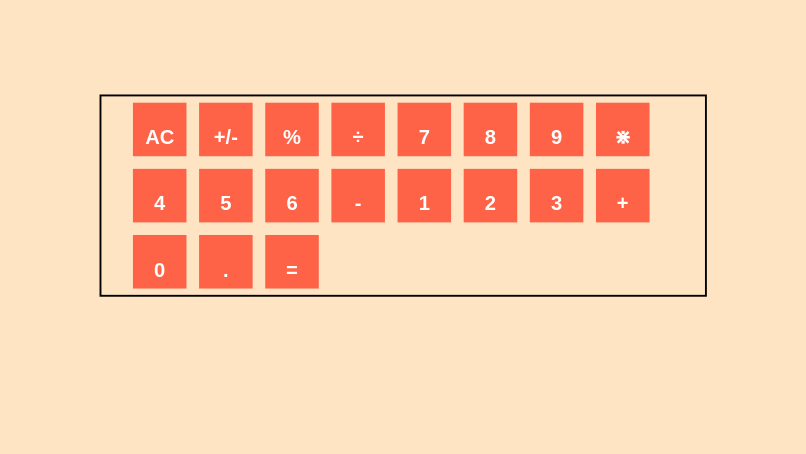
Repository: noahcallen/LAB-calculator
Page: index.html
An editor plug-in stored every save of this project. The page is shown before and after the next save, followed by the edit.
The browser window is 1280 px wide. The pictures show the whole page, at 63% of full size.

Above is the page before, as saved 2024-07-09 22:21:36.

### index.html
<!DOCTYPE html>
<html lang="en">
<head>
  <meta charset="UTF-8">
  <meta name="viewport" content="width=device-width, initial-scale=1.0">
  <title>Document</title>
  <link rel="stylesheet" href="main.css">
  <meta name="viewport" content="width=device-width, initial-scale=1">
</head>
<body>
  <!-- box for calculator outline -->
  <div class="outline">
    <ul class="flex-container wrap">
      <li class="flex-item">AC</li>
      <li class="flex-item">+/-</li>
      <li class="flex-item">%</li>
      <li class="flex-item">÷</li>
      <li class="flex-item">7</li>
      <li class="flex-item">8</li>
      <li class="flex-item">9</li>
      <li class="flex-item">⋇</li>
      <li class="flex-item">4</li>
      <li class="flex-item">5</li>
      <li class="flex-item">6</li>
      <li class="flex-item">-</li>
      <li class="flex-item">1</li>
      <li class="flex-item">2</li>
      <li class="flex-item">3</li>
      <li class="flex-item">+</li>
      <li class="flex-item">0</li>
      <li class="flex-item">.</li>
      <li class="flex-item">=</li>

    </ul>
  </div>




  <script src="main.js"></script>
  <!-- import js bootstrap -->
  <script src="https://cdn.jsdelivr.net/npm/bootstrap@5.3.3/dist/js/bootstrap.bundle.min.js" integrity="sha384-YvpcrYf0tY3lHB60NNkmXc5s9fDVZLESaAA55NDzOxhy9GkcIdslK1eN7N6jIeHz" crossorigin="anonymous"></script>
</body>
</html>

### main.css
body {
  background-color: bisque;
}

.flex-container {
  /* padding: 100px; */
  margin: 150px;
  list-style: none;
  border: 3px solid rgb(0, 0, 0);
  /* -ms-box-orient: horizontal; */
  /* display: -webkit-box;
  display: -moz-box;
  display: -ms-flexbox;
  display: -moz-flex; */
  /* display: -webkit-flex; */
  display: flex;
}

.wrap    {
  /* -webkit-flex-wrap: wrap; */
  flex-wrap: wrap;
}

.flex-item {
  background: tomato;
  padding: 5px;
  width: 75px;
  height: 75px;
  margin: 10px;

  line-height: 100px;
  color: white;
  font-family: Arial, Helvetica, sans-serif;
  font-weight: bold;
  font-size: 2em;
  text-align: center;
}

Loaded but not shown: main.js (no stored copy; drawn as an empty file)

After the next save:
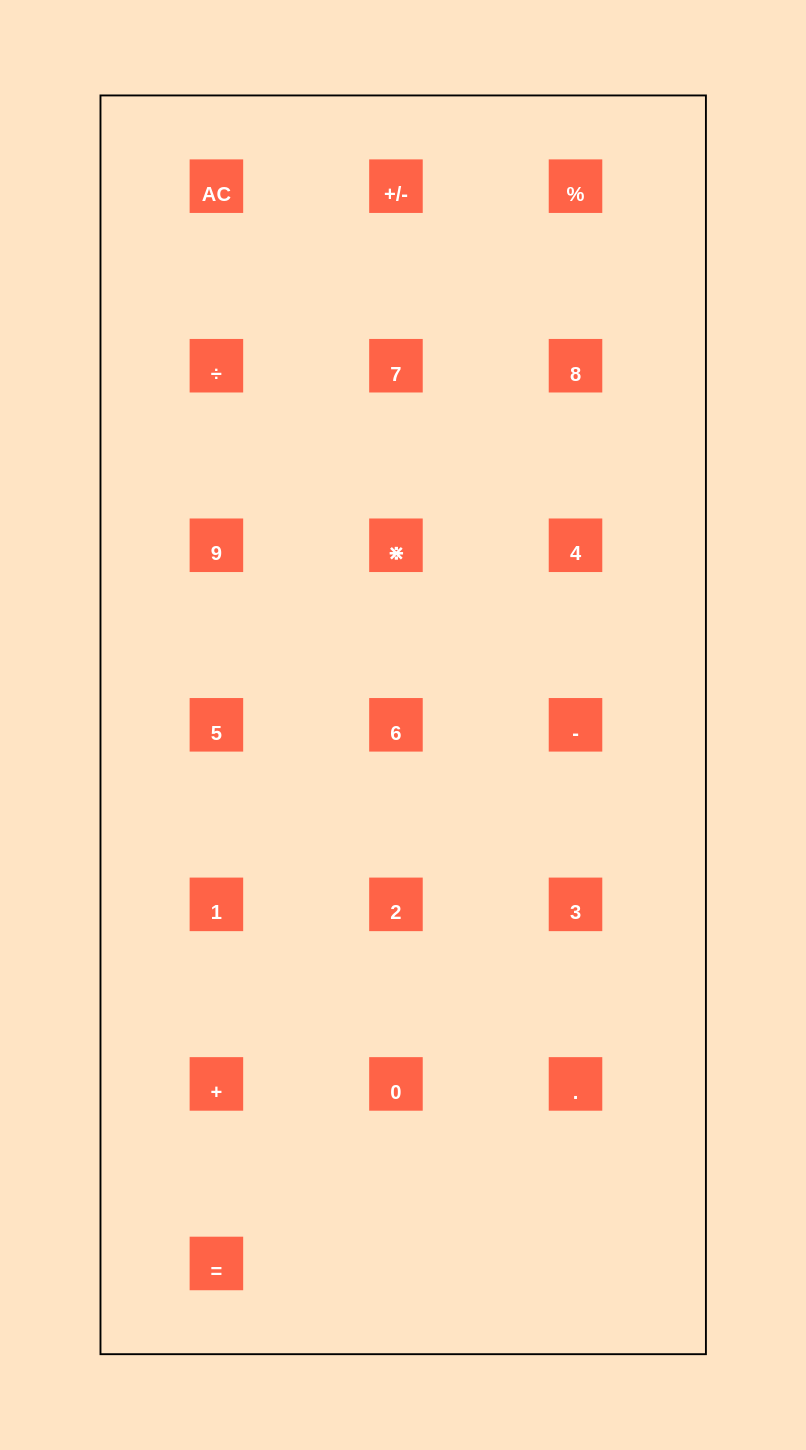
Saved 24 s later.
--- a/main.css
+++ b/main.css
@@ -26,7 +26,7 @@
   padding: 5px;
   width: 75px;
   height: 75px;
-  margin: 10px;
+  margin: 100px;
 
   line-height: 100px;
   color: white;

After the save that followed:
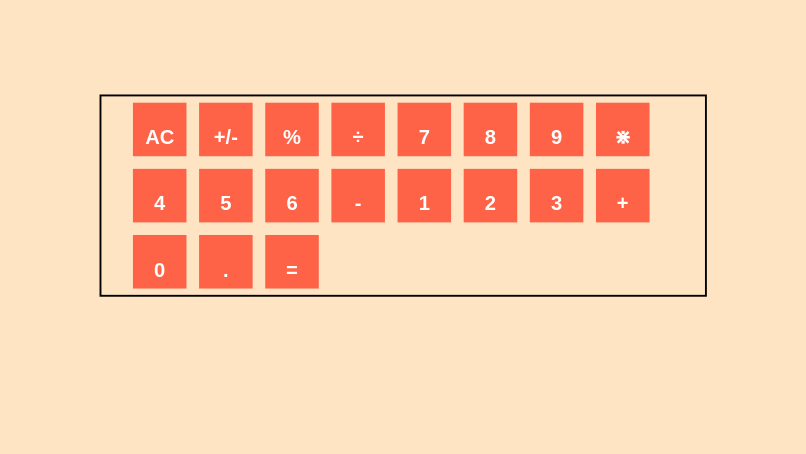
Saved 12 s later.
--- a/main.css
+++ b/main.css
@@ -26,7 +26,7 @@
   padding: 5px;
   width: 75px;
   height: 75px;
-  margin: 100px;
+  margin: 10px;
 
   line-height: 100px;
   color: white;
